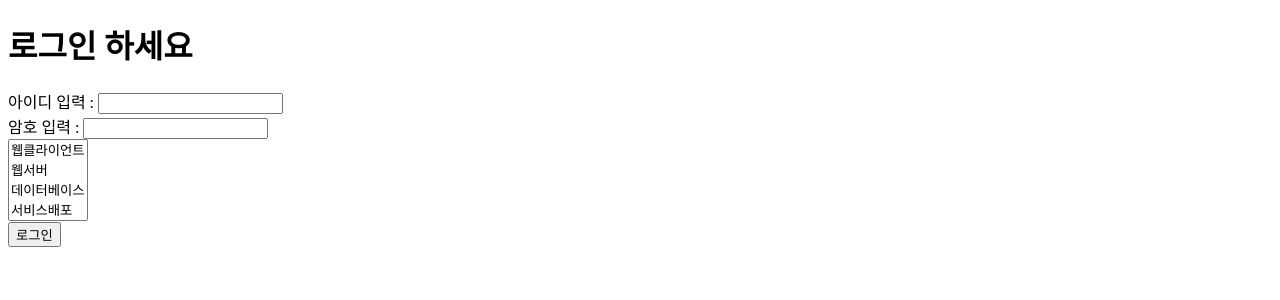
Repository: zwundzwzig/STARTERS
Page: workspace_webserver/servelettest/src/main/webapp/login_js.html
An editor plug-in stored every save of this project. The page is shown before and after a run of saves, followed by the edit.
The browser window is 1280 px wide. The pictures show the whole page.

Above is the page before, as saved 2023-01-04 04:33:32.

### workspace_webserver/servelettest/src/main/webapp/login_js.html
<!DOCTYPE html>
<html>
	<head>
		<meta charset="UTF-8">
		<title>Insert title here</title>
	</head>
	<body>
		<h1>로그인 하세요</h1>
		<form>
			아이디 입력 : <input type="text" name="id" />
			<br />
			암호 입력 : <input type="password" name="pw" />
			<br />
			<select name="title" multiple="multiple">
				<option>웹클라이언트</option>
				<option>웹서버</option>
				<option>데이터베이스</option>
				<option>서비스배포</option>
			</select>
			<br />
			<input type="submit" value="로그인" />
		</form>
	</body>
</html>

After the next 2 saves:
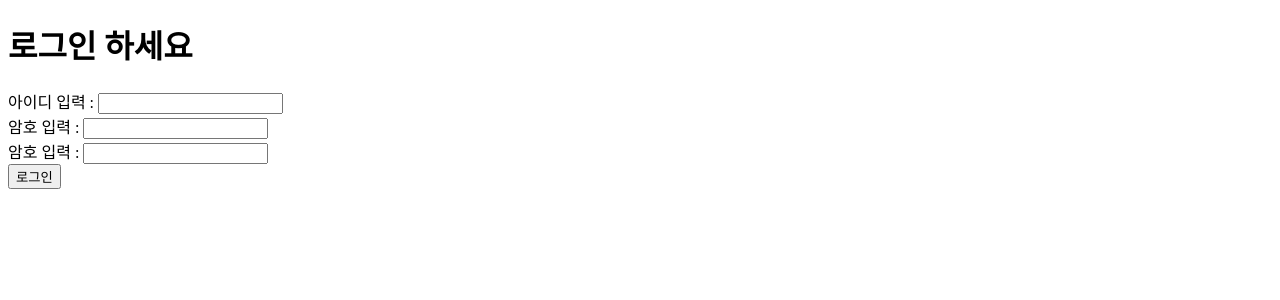
The 2 saves are shown as one change because they came seconds apart.
The last was saved 29 s later.
--- a/workspace_webserver/servelettest/src/main/webapp/login_js.html
+++ b/workspace_webserver/servelettest/src/main/webapp/login_js.html
@@ -11,12 +11,7 @@
 			<br />
 			암호 입력 : <input type="password" name="pw" />
 			<br />
-			<select name="title" multiple="multiple">
-				<option>웹클라이언트</option>
-				<option>웹서버</option>
-				<option>데이터베이스</option>
-				<option>서비스배포</option>
-			</select>
+			암호 입력 : <input type="password" name="pw" />
 			<br />
 			<input type="submit" value="로그인" />
 		</form>
